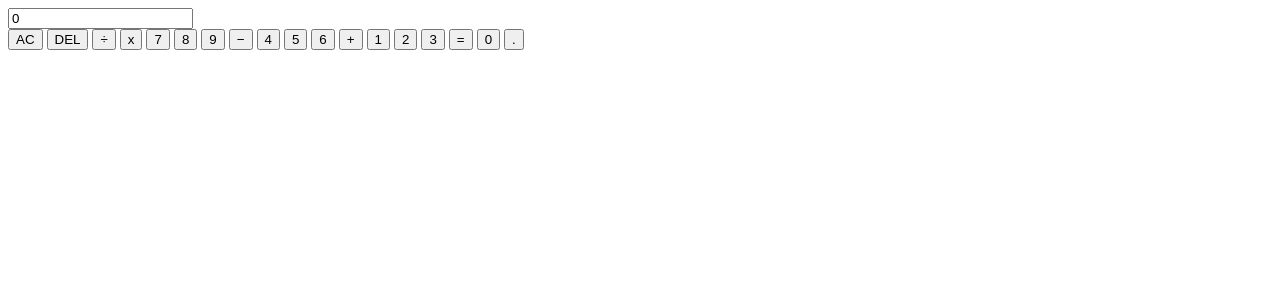
Repository: Mantombi81/Mozi--Calculator
Page: index.html
The author's editor kept a copy of each file at every save. The page is drawn from the files as they stood at one save, then again after the next save.
The browser window is 1280 px wide. The pictures show the whole page.

Above is the page before, as saved 2025-06-11 17:41:03.
Console error: SyntaxError: missing ) after argument list

### index.html
<!DOCTYPE html>
<html lang="en">
<head>
    <meta charset="UTF-8">
    <meta name="viewport" content="width=device-width, initial-scale=1.0">
    <title>Mozi Calculator App</title>
    <link rel="stylesheet" href="style.css">
</head>
<body>
    <div class="calculator">
        <!-- numbers display when a user type something -->
         <div class="display">
            <!-- when opening your calculator the start is on 0 display -->
            <input type="text" id="display" value="0" readonly>
         </div>
         <!-- buttons grid -->
          <div class="buttons">
            <!-- first row -->
             <button class="btn clear" onclick="clearDisplay()">AC</button>
             <button class="btn operator" onclick="deleteLast()">DEL</button>
             <button class="btn operator" onclick="appendToDisplay('/')">÷</button>
             <button class="btn operator" onclick="appendToDisplay('*')">x</button>

             <!-- second row -->
              <button class="btn number" onclick="appendToDisplay('7')">7</button>
              <button class="btn number" onclick="appendToDisplay('8')">8</button>
              <button class="btn number" onclick="appendToDisplay('9')">9</button>
              <button class="btn operator" onclick="appendToDisplay('-')">−</button>

              <!-- Third row -->
              <button class="btn number" onclick="appendToDisplay('4')">4</button>
              <button class="btn number" onclick="appendToDisplay('5')">5</button>
              <button class="btn number" onclick="appendToDisplay('6')">6</button>
              <button class="btn operator" onclick="appendToDisplay('+')">+</button>

              <!-- fourth row -->
              <button class="btn number" onclick="appendToDisplay('1')">1</button>
              <button class="btn number" onclick="appendToDisplay('2')">2</button>
              <button class="btn number" onclick="appendToDisplay('3')">3</button>
              <button class="btn equals" onclick="calculate()" rowspan="2">=</button>

              <!-- fifth row -->
              <button class="btn number zero" onclick="appendToDisplay('0')">0</button>
              <button class="btn number" onclick="appendToDisplay('.')">.</button>
          </div>
          <!-- linking our script -->
          <script src="script.js"></script>
    </div>
</body>
</html>

### script.js
const { is } = require("express/lib/request");

// getting our display element
const display = document.getElementById('display');

// variable to track if u hv done a proper calculation T/F
let justCalculated = false;

function isOperator(char) {
    return ['+', '-', '*', '/'].includes(char)
}

function getLastChar() {
    return display.value.slice(-1);
}


// function append to our display
function appendToDisplay(value){
    console.log('Button pressed:', value);

    let currentValue = display.value;

    if (justCalculated && !isNaN(value)) {
        display.value = value;
        justCalculated = false;
        return;
    }

    if (justCalculated && isOperator(value)) {
        display.value = currentValue + value;
        justCalculated = false;
        return;
    }

    // handles operators
    if (isOperator(value)) {
        // don't allow operator as 1st char (exception for minus)
        if (currentValue === '0' && value !== '-') {
            return;  //do nothing
        }

        // if the last character is already an operator, replace it
        if (isOperator(getLastChar())) {
            display.value = currentValue.slice(0, -1) + value;
        } else {
            display.value = currentValue = value;
        }
    } else if (!isNaN(value)) {
        if (currentValue === '0') {
            display.value = value;
        } else {
            display.value = currentValue + value;
        }
    } else if (currentValue === '.') {

        if(currentValue === '0') {
            display.value = currentValue +value;
        } else {
            // get the last number in the display after last operator
            let parts = currentValue.split('/[+\-*/');
            let lastNumber = parts[parts.length -1];

            // only add decimal if number doesn't already have one
            if (!lastNumber.includes('.')) {
                display.value = currentValue + value;
            }
        }
    } else {
            display.value = currentValue + value;
        }

    justCalculated = false;

    console.log('Display updated to:', display.value);
}

function clearDisplay(){
    console.log('Clear button pressed.');

    display.value = '0';
    justCalculated = false;

    display.style.backgroundColor= '#f0f0f0';
    setTimeout(() =>{
        display.style.backgroundColor = '';
    }, 150);


}

function deleteLast(){
    console.log('Backspace button pressed.');

    let currentValue = display.value;

    // if theres only 1 character or its 0, reset to 0
    if(currentValue.length <=1 || currentValue === '0') {
        display.value = '0';
    } else {
        display.value = currentValue.slice(0, -1);
    }
}

function calculate(){
    console.log('Equals button pressed.');

}

document.addEventListener('keydown', function(event) {
    console.log('key pressed', event.key)
0
    } else if (event.key === '.') {
        appendToDisplay('.');
    } else if (event.key === '+') {
        appendToDisplay('+');
    } else if (event.key === '-') {
        appendToDisplay('-');
    } else if (event.key === '*') {
        appendToDisplay('*');
    } else if (event.key === '/') {
        event.preventDefault();
        appendToDisplay('/');
    }

    else if (event.key === 'Enter'  || event.key === '=') {
        calculate();
    } else if (event.key === 'Escape' || event.key === 'c'  || event.key === 'C') {
        clearDisplay();
    } else if (event.key === 'Backspace') {
        deleteLast();
    }
});

// set up event listeners
document.addEventListener('DOMContentLoaded', function(){
    console.log('Calculator loaded successfully');
    console.log('Display element', display);

    if (display) {
        console.log('Current display value: ', display.value);
    } else {
        console.log('Display element not found');
    }
});

Loaded but not shown: style.css (no stored copy; drawn as an empty file)

After the next save:
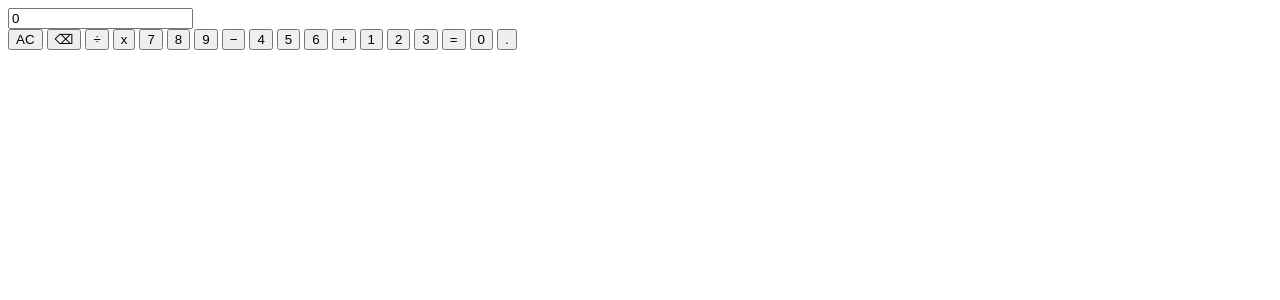
Saved 10 min 35 s later.
--- a/index.html
+++ b/index.html
@@ -17,7 +17,7 @@
           <div class="buttons">
             <!-- first row -->
              <button class="btn clear" onclick="clearDisplay()">AC</button>
-             <button class="btn operator" onclick="deleteLast()">DEL</button>
+             <button class="btn operator" onclick="deleteLast()">⌫</button>
              <button class="btn operator" onclick="appendToDisplay('/')">÷</button>
              <button class="btn operator" onclick="appendToDisplay('*')">x</button>
 
